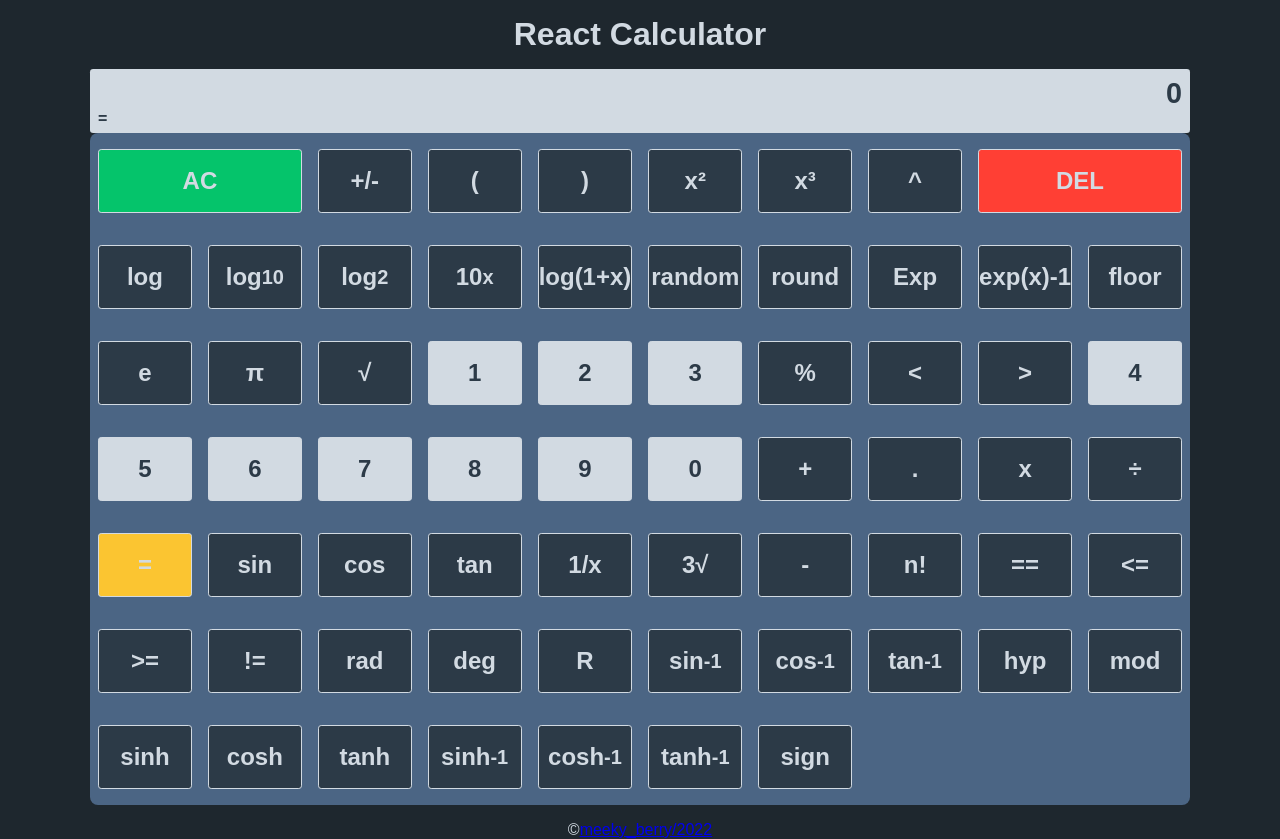
Repository: MikkyPrestige/calculator
Page: /
The author's editor kept a copy of each file at every save. The page is drawn from the files as they stood at one save, then again after the next save.
The browser window is 1280 px wide. The pictures show the whole page.
The project was rebuilt for these pictures with package versions that can differ from the ones it lists, and the page was loaded fresh each time.

Above is the page before, as saved 2022-11-17 22:31:46.

After the next save:
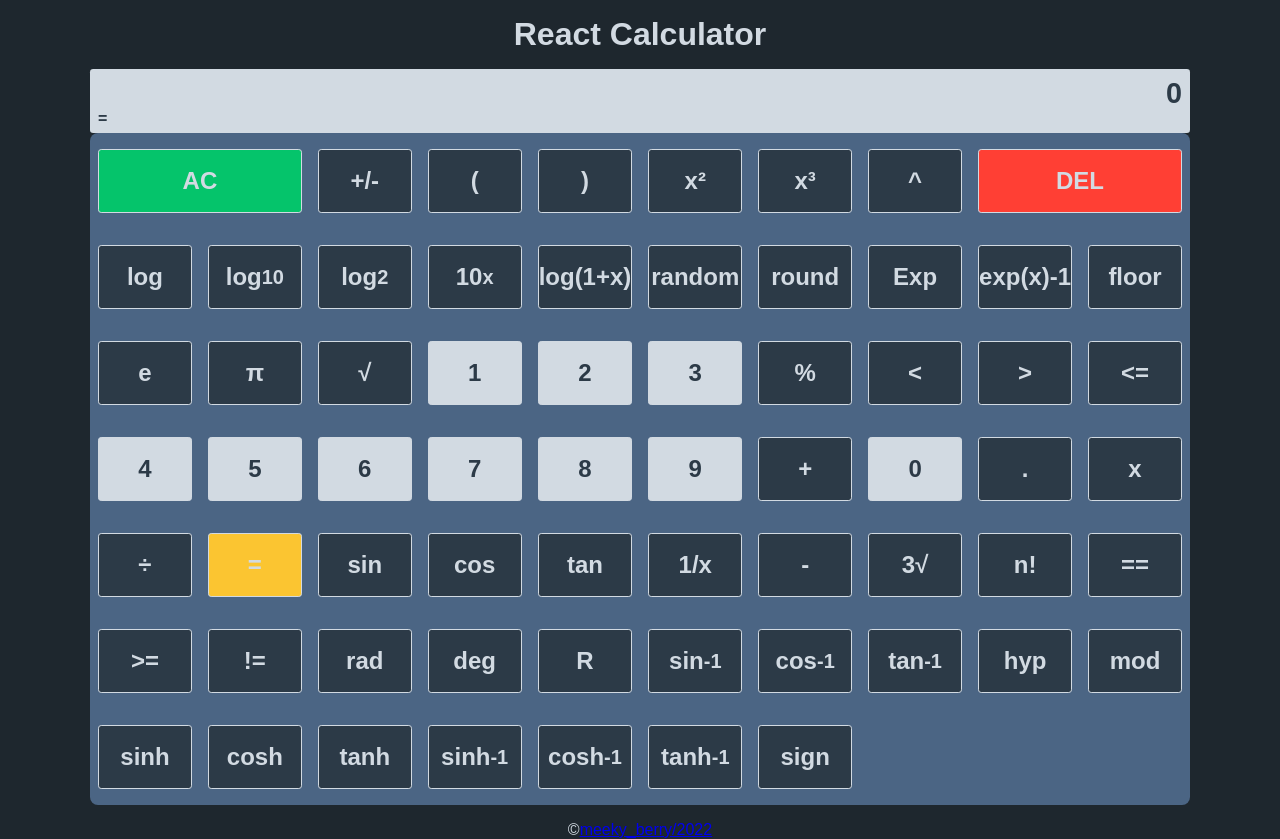
Saved 4 s later.
--- a/src/index.css
+++ b/src/index.css
@@ -175,7 +175,8 @@ body {
 }
 
 .greaterTo {
-
+  grid-column: 10 / 11;
+  grid-row: 3 / 4;
 }
 .plus {
   grid-column: 7 / 8;
